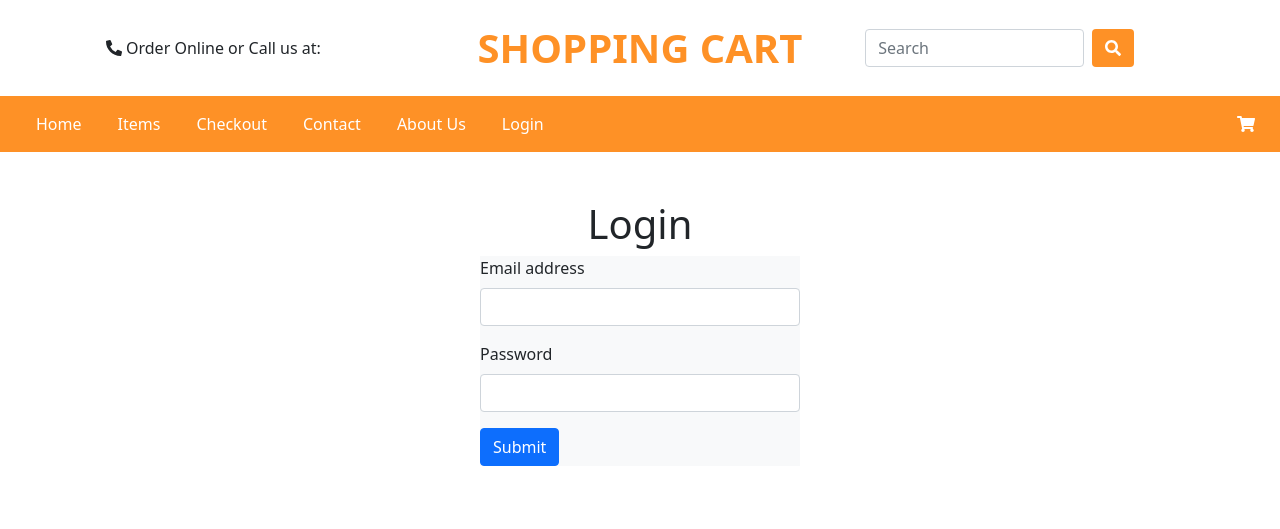
Repository: SaudCh/React-Ecommerce
Page: /login
The author's editor kept a copy of each file at every save. The page is drawn from the files as they stood at one save, then again after the next save.
The browser window is 1280 px wide. The pictures show the whole page.
The project was rebuilt for these pictures with package versions that can differ from the ones it lists, and the page was loaded fresh each time. Also part of the build but not shown: src/App.css, src/Home/Carousel.jsx, src/Home/home.jsx.

Above is the page before, as saved 2021-12-05 19:15:48.

After the next save:
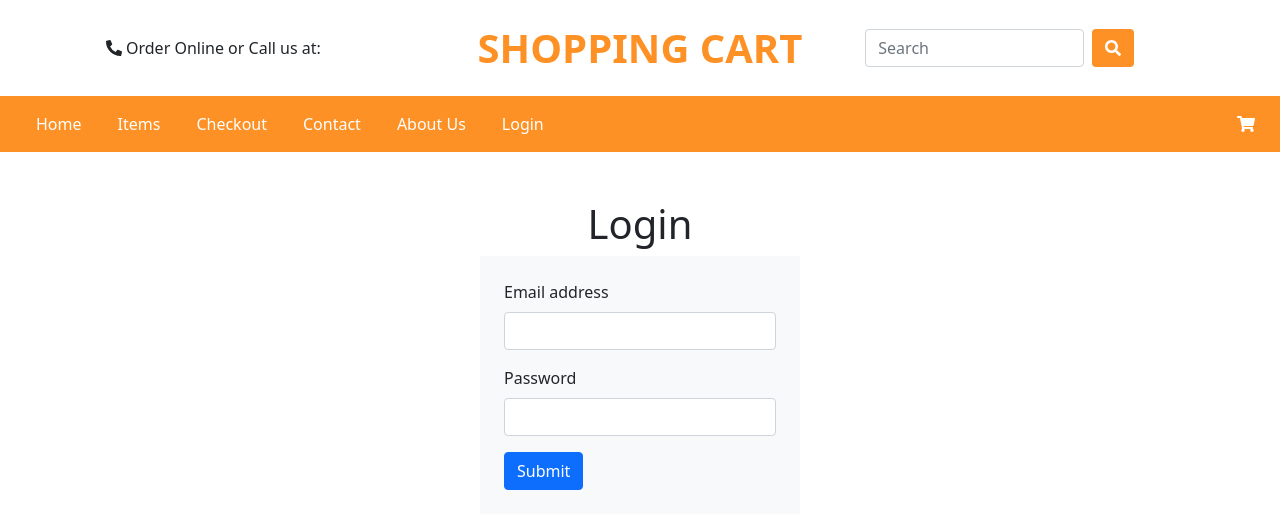
Saved 7 s later.
--- a/src/Login/Login.jsx
+++ b/src/Login/Login.jsx
@@ -5,7 +5,7 @@ export default function Login() {
     <div className="text-center py-5">
       <p className="p-0 m-0 h1 mb-2">Login</p>
       <form
-        className="col-10 col-sm-6 col-md-3 text-start bg-light"
+        className="col-10 col-sm-6 col-md-3 text-start bg-light p-4"
         style={{ margin: "0px auto" }}
       >
         <div class="mb-3">
